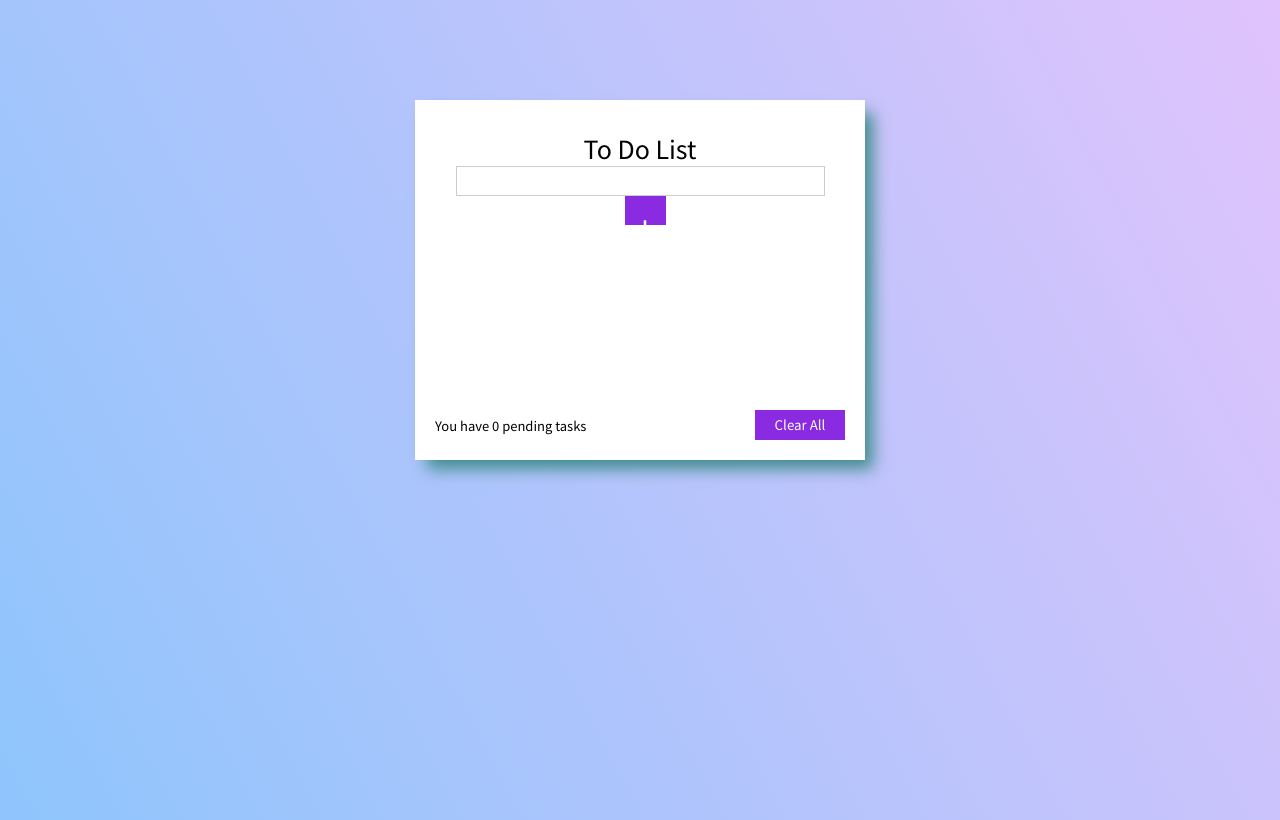
Repository: yangddoddi/Todo
Page: index.html
An editor plug-in stored every save of this project. The page is shown before and after the next save, followed by the edit.
The browser window is 1280 px wide. The pictures show the whole page.
Some web fonts or font styles are not loaded; a fallback is used. Some web libraries are served in a nearby version. The style sheet was rebuilt from its Sass, Less or Tailwind sources for each picture, by a compiler version that may differ from the author's.

Above is the page before, as saved 2022-04-22 17:05:54.
Console error: ReferenceError: handleInput is not defined

After the next save:
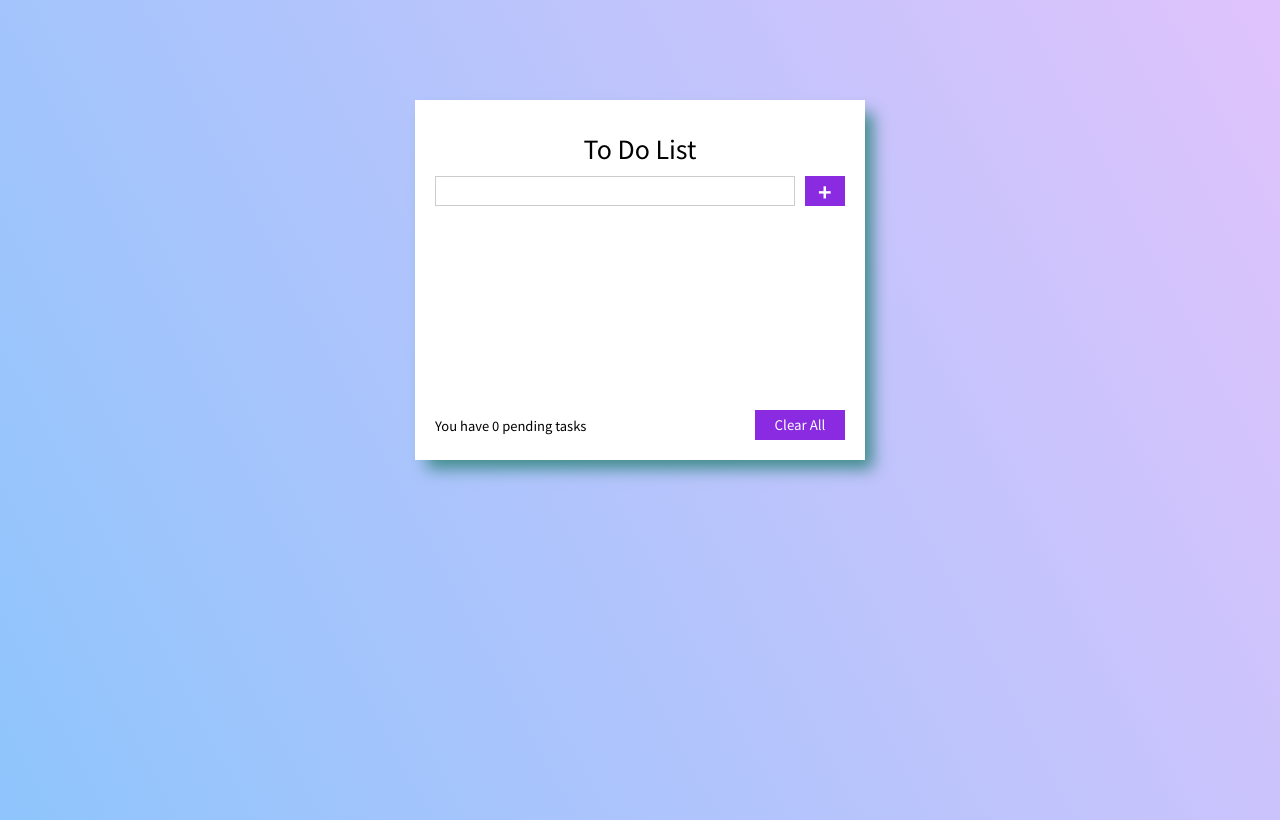
Saved 51 s later.
--- a/style.scss
+++ b/style.scss
@@ -48,7 +48,7 @@ body {
   margin-top: 10px;
 }
 
-.inputContianer {
+.inputForm {
   display: flex;
   flex-direction: row;
   align-items: center;
